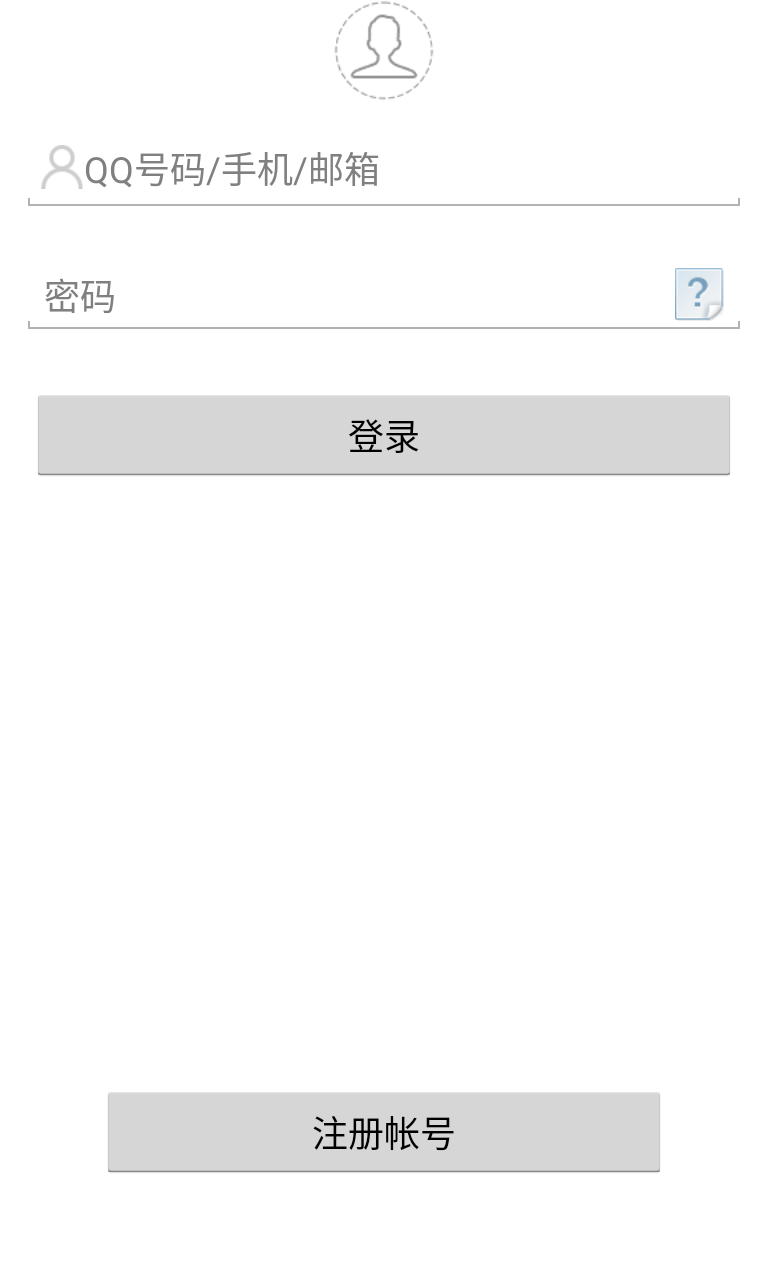
Repository: JDLINLC/android-dev
Layout: ModifyQQ/res/layout/main_activity.xml
The author's editor kept a copy of each file at every save. The layout is drawn from the files as they stood at one save, then again after the next save.
It is drawn on a 768 x 1280 px phone screen (xhdpi) without system bars, with theme AppTheme; the app's code is not run.

Above is the layout before, as saved 2015-04-23 09:50:59.

### ModifyQQ/res/layout/main_activity.xml
<?xml version="1.0" encoding="utf-8"?>
<RelativeLayout xmlns:android="http://schemas.android.com/apk/res/android"
    android:layout_width="match_parent"
    android:layout_height="match_parent">



   <ImageView
        android:id="@+id/image_view"
        android:layout_width="match_parent"
        android:layout_height="wrap_content"
        android:layout_alignParentTop="true"
        android:src="@drawable/hg"
        />
    <EditText
        android:id="@+id/edit1_text"
        android:layout_height="wrap_content"
        android:layout_width="match_parent"
        android:layout_below="@id/image_view"
        android:padding="10dip"
        android:layout_margin="10dip"
        android:drawableLeft="@drawable/a"
        android:hint="QQ号码/手机/邮箱"
        />

    	<EditText
        	android:id="@+id/edit2_text"
        	android:layout_height="wrap_content"
        	android:layout_width="match_parent"
        	android:layout_below="@id/edit1_text"
        	android:layout_margin="10dip"
        	android:hint="密码"
        	android:drawableRight="@drawable/ara"
        	android:inputType="textPassword"
        	/>
    <Button
        android:id="@+id/button_1"
        android:layout_height="wrap_content"
        android:layout_width="match_parent"
        android:layout_below="@id/edit2_text"
        android:layout_span="2"
        android:layout_margin="15dip"
        android:padding="2dip"
        android:text="登录"
        />
    <Button
        android:id="@+id/button_2"
        android:layout_width="match_parent"
        android:layout_height="wrap_content"
		android:layout_alignParentBottom="true"
		android:layout_margin="50dip"
        android:text="注册帐号"/>



</RelativeLayout>

Loaded but not shown: ModifyQQ/res/values/styles.xml (common file); ModifyQQ/res/values-v11/styles.xml (common file); ModifyQQ/res/values-v14/styles.xml (common file)

After the next save:
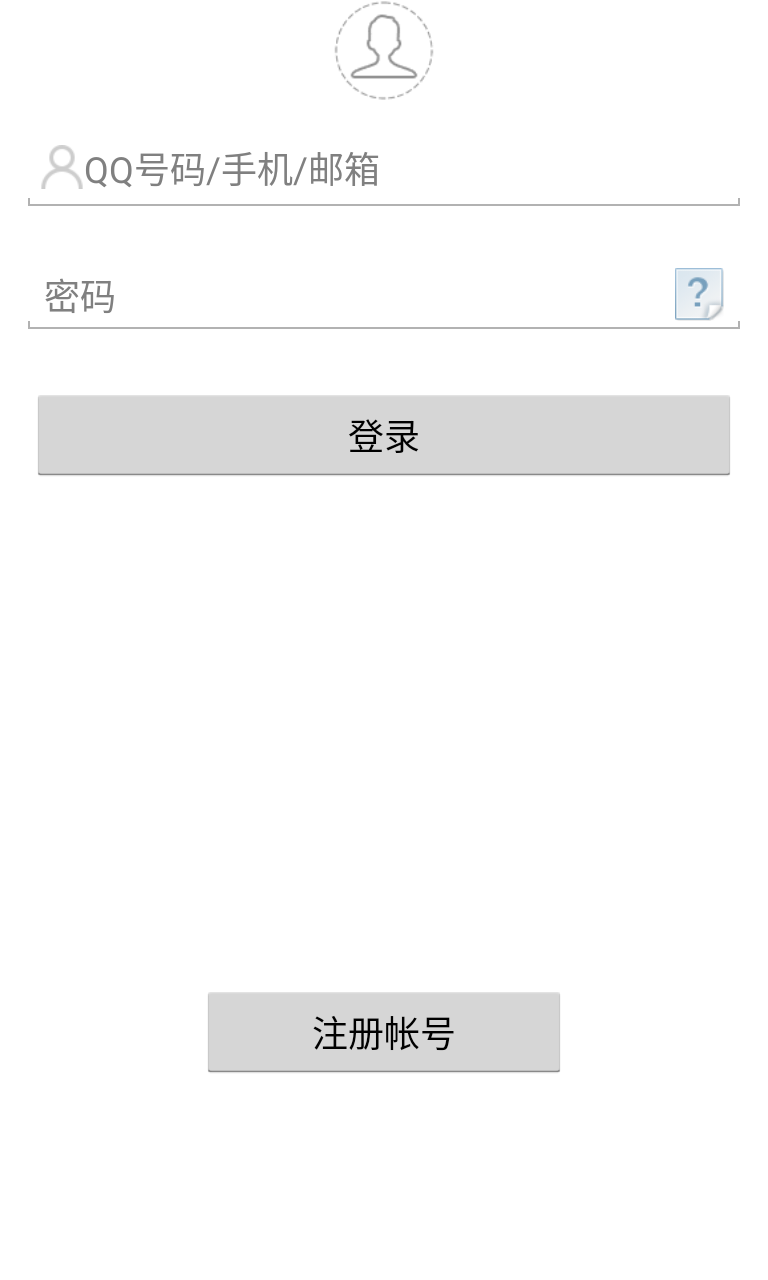
Saved 37 s later.
--- a/ModifyQQ/res/layout/main_activity.xml
+++ b/ModifyQQ/res/layout/main_activity.xml
@@ -48,7 +48,7 @@
         android:layout_width="match_parent"
         android:layout_height="wrap_content"
 		android:layout_alignParentBottom="true"
-		android:layout_margin="50dip"
+		android:layout_margin="100dip"
         android:text="注册帐号"/>
 
 
